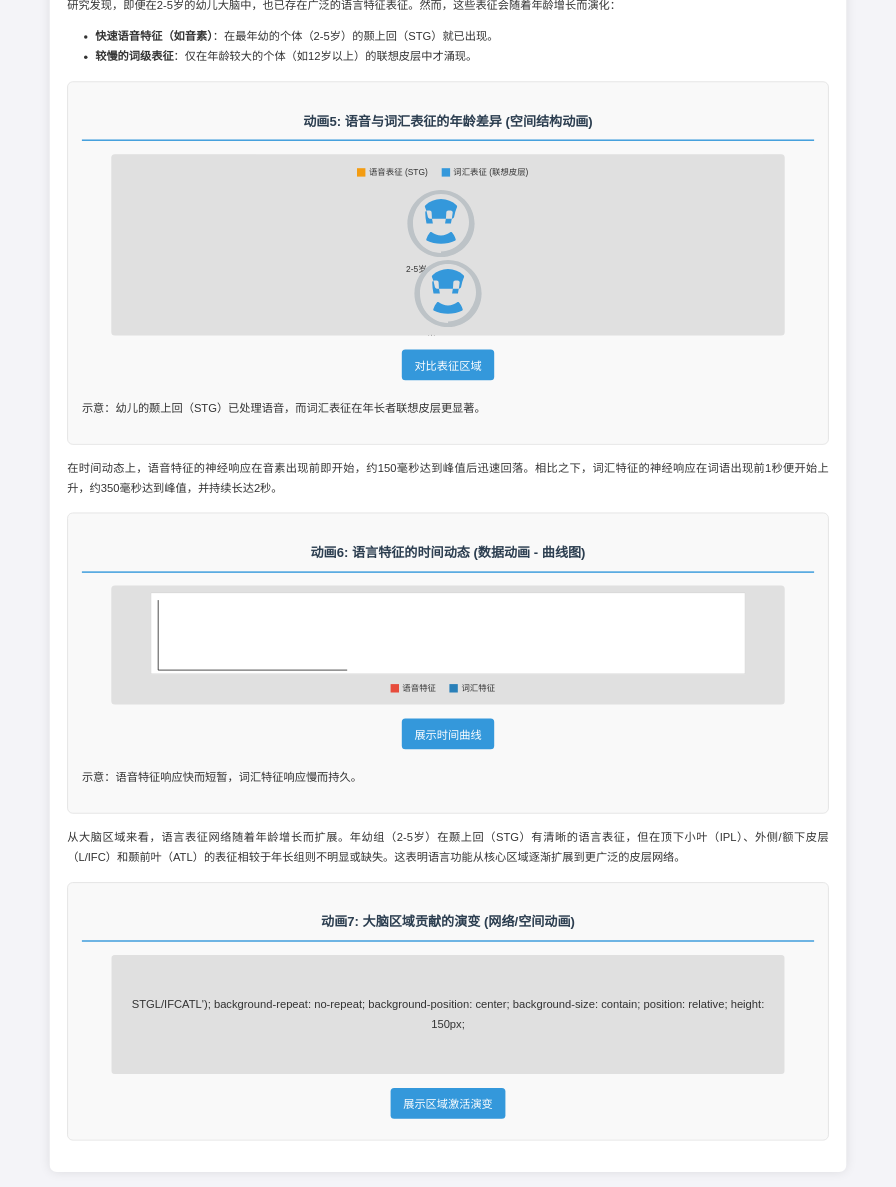
Repository: james130012/newcline
Page: useful/5.神经网络和年长大脑.html
These files come from the project's save history. The page is drawn as it stood at one moment and after a run of saves; the edit follows.
The browser window is 1280 px wide. The pictures show the part of the page from y = 2525 to 4445 px (the page is 4220 px tall before and 4445 px after), at 70% of full size.

Above is the page before, as saved 2025-05-16 08:04:44.

### useful/5.神经网络和年长大脑.html
<!DOCTYPE html>
<html lang="zh-CN">
<head>
    <meta charset="UTF-8">
    <meta name="viewport" content="width=device-width, initial-scale=1.0">
    <title>研究解读：语言在发育中大脑的涌现</title>
    <script src="https://unpkg.com/mathjax@3/es5/tex-mml-chtml.js" id="MathJax-script" async></script>
    <style>
        body {
            font-family: 'Arial', 'Helvetica Neue', 'Microsoft YaHei', sans-serif;
            line-height: 1.8;
            margin: 0;
            padding: 0;
            background-color: #f4f4f8;
            color: #333;
        }
        .container {
            width: 85%;
            margin: 20px auto;
            padding: 25px;
            background-color: #fff;
            box-shadow: 0 0 15px rgba(0,0,0,0.1);
            border-radius: 10px;
        }
        h1, h2, h3 {
            color: #2c3e50;
            border-bottom: 2px solid #3498db;
            padding-bottom: 10px;
        }
        h1 { text-align: center; }
        p { text-align: justify; }
        .animation-container {
            border: 1px solid #ddd;
            padding: 20px;
            margin: 20px 0;
            border-radius: 8px;
            background-color: #f9f9f9;
            text-align: center;
        }
        .animation-box {
            width: 90%;
            min-height: 150px;
            background-color: #e0e0e0;
            margin: 10px auto;
            padding:10px;
            border-radius: 5px;
            display: flex;
            align-items: center;
            justify-content: center;
            flex-direction: column;
            position: relative;
            overflow: hidden;
        }
        button {
            background-color: #3498db;
            color: white;
            border: none;
            padding: 10px 18px;
            text-align: center;
            text-decoration: none;
            display: inline-block;
            font-size: 16px;
            margin: 10px 5px;
            cursor: pointer;
            border-radius: 5px;
            transition: background-color 0.3s ease;
        }
        button:hover {
            background-color: #2980b9;
        }
        .hidden { display: none; }
        .fade-in { animation: fadeIn 1s ease-in-out; }
        @keyframes fadeIn {
            from { opacity: 0; }
            to { opacity: 1; }
        }
        .brain-outline {
            width: 100px;
            height: 100px;
            background-image: url('data:[embedded picture, 957 characters]');
            background-repeat: no-repeat;
            background-position: center;
            background-size: contain;
        }
        .sound-wave {
            width: 30px;
            height: 50px;
            background-image: url('data:[embedded picture, 235 characters]');
            animation: pulse 1.5s infinite;
            opacity: 0;
        }
        @keyframes pulse {
            0%, 100% { transform: scale(1); }
            50% { transform: scale(1.2); }
        }
        @keyframes pop-in {
            from { transform: scale(0); opacity: 0; }
            to { transform: scale(1); opacity: 1; }
        }
        .bar-chart-bar {
            background-color: #3498db;
            margin: 0 5px;
            display: inline-block;
            transition: height 1s ease-in-out;
            width: 30px;
            position: relative;
        }
        .bar-label {
            position: absolute;
            bottom: -20px;
            width: 100%;
            text-align: center;
            font-size: 10px;
        }
        .process-step {
            margin: 5px;
            padding: 10px;
            border: 1px solid #ccc;
            border-radius: 4px;
            display: inline-block;
            opacity: 0;
            transform: translateX(-20px);
            transition: opacity 0.5s, transform 0.5s;
        }
        .arrow {
            font-size: 20px;
            margin: 0 10px;
            opacity: 0;
            transition: opacity 0.5s 0.3s;
        }
        .flow-box {
            padding: 15px;
            border: 2px dashed #2ecc71;
            margin:10px;
            border-radius:5px;
            width:40%;
            text-align:center;
        }
        .line-graph-point {
            width: 8px;
            height: 8px;
            border-radius: 50%;
            position: absolute;
            background-color: red;
            opacity:0;
        }
        .legend-item {
            display:inline-block;
            margin-right:15px;
            font-size:12px;
        }
        .legend-color {
            width:12px;
            height:12px;
            display:inline-block;
            margin-right:5px;
            vertical-align:middle;
        }
        .brain-region {
            position:absolute;
            border:1px solid;
            border-radius:50%;
            padding:5px;
            font-size:10px;
            text-align:center;
            transition: background-color 0.5s, transform 0.5s;
        }
        .stg {
            top:40%;
            left:20%;
            width:30px;
            height:30px;
            background-color:#f39c12;
            border-color:#d35400;
        }
        .assoc-cortex {
            top:20%;
            left:50%;
            width:50px;
            height:50px;
            background-color:#3498db;
            border-color:#2980b9;
        }
        .hier-level {
            margin: 10px;
            padding: 10px;
            background-color: #ecf0f1;
            border-radius: 4px;
            border-left: 5px solid;
            transition: transform 0.5s, opacity 0.5s;
        }
        .phoneme-level { border-color: #e74c3c; }
        .word-level { border-color: #2ecc71; }
        .timeline {
            display: flex;
            justify-content: space-between;
            margin-top:10px;
            padding: 0 10%;
        }
        .timeline-event {
            opacity: 0;
            transition: opacity 1s;
            background-color: #95a5a6;
            color:white;
            padding:5px;
            border-radius:3px;
            font-size:12px;
        }
    </style>
</head>
<body>
    <div class="container">
        <h1>研究解读：语言在发育中大脑的涌现</h1>
        <p>本文基于 Linnea Evanson 等人于2025年5月12日发表的研究《Emergence of Language in the Developing Brain》，从物理和逻辑层面探讨儿童、青少年及成人在语言发展过程中大脑神经机制的奥秘。</p>

        <h2>引言：语言习得的奇迹</h2>
        <p>儿童仅凭数百万词汇的输入便能掌握复杂的语言，这一能力令人惊叹，但其背后的大脑机制仍有许多未知。该研究通过先进的神经科学技术和计算模型，旨在揭示语言表征在不同年龄段大脑中的位置、动态及其发展层级。</p>

        <div class="animation-container">
            <h3>动画1: 研究核心探索 (概念动画)</h3>
            <div class="animation-box" id="anim1-box">
                <div class="brain-outline" id="anim1-brain"></div>
                <div class="sound-wave" id="anim1-sound" style="left: 20%;"></div>
                <div id="anim1-text" class="word-bubble hidden" style="margin-top:10px;">大脑如何处理和学习语言？</div>
            </div>
            <button onclick="playAnim1()">播放动画</button>
            <p>示意：声波进入大脑，大脑特定区域被激活，展现语言处理过程。</p>
        </div>

        <h2>研究方法：多维度解析</h2>
        <p>研究团队记录了46名因癫痫监测而植入颅内电极的参与者（年龄从2岁到46岁不等）在聆听法语有声书《小王子》时的神经活动数据，涉及超过7400个电极。他们运用了基于语言学理论和大型语言模型（LLMs）的神经编码与解码模型来分析这些数据。</p>

        <div class="animation-container">
            <h3>动画2: 被试年龄分布 (数据动画)</h3>
            <div class="animation-box" id="anim2-box" style="display:flex; align-items:flex-end; height:120px;">
                <div id="bar_2_5" class="bar-chart-bar" style="height:0px; background-color:#1abc9c;"><span class="bar-label">2-5岁 (n=10)</span></div>
                <div id="bar_6_11" class="bar-chart-bar" style="height:0px; background-color:#3498db;"><span class="bar-label">6-11岁 (n=16)</span></div>
                <div id="bar_12_plus" class="bar-chart-bar" style="height:0px; background-color:#9b59b6;"><span class="bar-label">12+岁 (n=20)</span></div>
            </div>
            <button onclick="playAnim2()">展示数据</button>
            <p>示意：柱状图展示三个年龄组的被试数量。2-5岁组有10名参与者，6-11岁组有16名，12岁以上组有20名。</p>
        </div>

        <div class="animation-container">
            <h3>动画3: 实验流程示意 (流程动画)</h3>
            <div class="animation-box" id="anim3-box">
                <span id="anim3-step1" class="process-step">儿童/成人被试</span>
                <span id="anim3-arrow1" class="arrow">&rarr;</span>
                <span id="anim3-step2" class="process-step">听《小王子》有声书</span>
                <span id="anim3-arrow2" class="arrow">&rarr;</span>
                <span id="anim3-step3" class="process-step">颅内脑电(SEEG)记录</span>
            </div>
            <button onclick="playAnim3()">展示流程</button>
            <p>示意：被试听故事，同时记录其大脑神经活动。</p>
        </div>

        <div class="animation-container">
            <h3>动画4: 神经编码与解码模型 (概念/流程动画)</h3>
            <div class="animation-box" id="anim4-box" style="flex-direction: row; justify-content: space-around;">
                <div id="anim4-encoding" class="flow-box hidden">
                    <h4>编码 (Encoding)</h4>
                    语言特征 &rarr; 模型 &rarr; 预测大脑活动
                    <p style="font-size:12px;">$ \text{预测脑活动} \approx W \cdot \overline{Y}_{\text{语言特征}} $</p>
                    <p style="font-size:10px;">目标: $ \min_W ||X - \overline{Y}W||^2 + \lambda_c ||W||^2 $</p>
                </div>
                <div id="anim4-decoding" class="flow-box hidden">
                    <h4>解码 (Decoding)</h4>
                    大脑活动 &rarr; 模型 &rarr; 预测语言特征
                    <p style="font-size:12px;">$ \text{预测语言特征} \approx V \cdot \overline{X}_{\text{脑活动}} $</p>
                </div>
            </div>
            <button onclick="playAnim4('encoding')">理解编码</button>
            <button onclick="playAnim4('decoding')">理解解码</button>
            <p>示意：编码是将语言特征映射到大脑活动，解码则相反。</p>
        </div>

        <h2>核心发现：语言表征的动态发展</h2>
        <p>研究发现，即便在2-5岁的幼儿大脑中，也已存在广泛的语言特征表征。然而，这些表征会随着年龄增长而演化：</p>
        <ul>
            <li><b>快速语音特征（如音素）</b>：在最年幼的个体（2-5岁）的颞上回（STG）就已出现。</li>
            <li><b>较慢的词级表征</b>：仅在年龄较大的个体（如12岁以上）的联想皮层中才涌现。</li>
        </ul>

        <div class="animation-container">
            <h3>动画5: 语音与词汇表征的年龄差异 (空间结构动画)</h3>
            <div class="animation-box" id="anim5-box">
                <div style="text-align:center; margin-bottom:10px;">
                    <span class="legend-item"><span class="legend-color" style="background-color:#f39c12;"></span>语音表征 (STG)</span>
                    <span class="legend-item"><span class="legend-color" style="background-color:#3498db;"></span>词汇表征 (联想皮层)</span>
                </div>
                <div id="anim5-brain-young" class="brain-outline" style="display:inline-block; margin-right:20px; position:relative;">
                    <div class="brain-region stg" id="anim5-young-phonetic" style="opacity:0;"></div>
                    <div class="brain-region assoc-cortex" id="anim5-young-word" style="opacity:0; background-color:#aed6f1;"></div>
                    <p style="font-size:12px; margin-top:105px;">2-5岁</p>
                </div>
                <div id="anim5-brain-older" class="brain-outline" style="display:inline-block; position:relative;">
                    <div class="brain-region stg" id="anim5-older-phonetic" style="opacity:0;"></div>
                    <div class="brain-region assoc-cortex" id="anim5-older-word" style="opacity:0;"></div>
                    <p style="font-size:12px; margin-top:105px;">12+岁</p>
                </div>
            </div>
            <button onclick="playAnim5()">对比表征区域</button>
            <p>示意：幼儿的颞上回（STG）已处理语音，而词汇表征在年长者联想皮层更显著。</p>
        </div>

        <p>在时间动态上，语音特征的神经响应在音素出现前即开始，约150毫秒达到峰值后迅速回落。相比之下，词汇特征的神经响应在词语出现前1秒便开始上升，约350毫秒达到峰值，并持续长达2秒。</p>

        <div class="animation-container">
            <h3>动画6: 语言特征的时间动态 (数据动画 - 曲线图)</h3>
            <div class="animation-box" id="anim6-box" style="height:150px;">
                <svg width="90%" height="130" style="border:1px solid #ccc; background-color:white;">
                    <line x1="10" y1="110" x2="280" y2="110" stroke="black" stroke-width="1"/>
                    <line x1="10" y1="10" x2="10" y2="110" stroke="black" stroke-width="1"/>
                    <polyline id="anim6-phonetic-curve" points="" stroke="#e74c3c" stroke-width="2" fill="none" style="opacity:0;"/>
                    <polyline id="anim6-lexical-curve" points="" stroke="#2980b9" stroke-width="2" fill="none" style="opacity:0;"/>
                    <text x="50" y="125" font-size="10">0ms</text>
                    <text x="100" y="125" font-size="10">150ms</text>
                    <text x="150" y="125" font-size="10">350ms</text>
                    <text x="200" y="125" font-size="10">~1s</text>
                </svg>
                <div style="text-align:center; margin-top:5px;">
                    <span class="legend-item"><span class="legend-color" style="background-color:#e74c3c;"></span>语音特征</span>
                    <span class="legend-item"><span class="legend-color" style="background-color:#2980b9;"></span>词汇特征</span>
                </div>
            </div>
            <button onclick="playAnim6()">展示时间曲线</button>
            <p>示意：语音特征响应快而短暂，词汇特征响应慢而持久。</p>
        </div>

        <p>从大脑区域来看，语言表征网络随着年龄增长而扩展。年幼组（2-5岁）在颞上回（STG）有清晰的语言表征，但在顶下小叶（IPL）、外侧/额下皮层（L/IFC）和颞前叶（ATL）的表征相较于年长组则不明显或缺失。这表明语言功能从核心区域逐渐扩展到更广泛的皮层网络。</p>

        <div class="animation-container">
            <h3>动画7: 大脑区域贡献的演变 (网络/空间动画)</h3>
            <div class="animation-box" id="anim7-box" style="background-image: url('data:[embedded picture, 914 characters]');
                background-repeat: no-repeat;
                background-position: center;
                background-size: contain;
                position: relative;
                height: 150px;
            </div>
            <div id="anim7-status" style="position:absolute; top:5px; left:5px; font-size:14px; background:rgba(255,255,255,0.7); padding:3px;">年龄: 2-5岁</div>
            <button onclick="playAnim7()">展示区域激活演变</button>

After the next 2 saves:
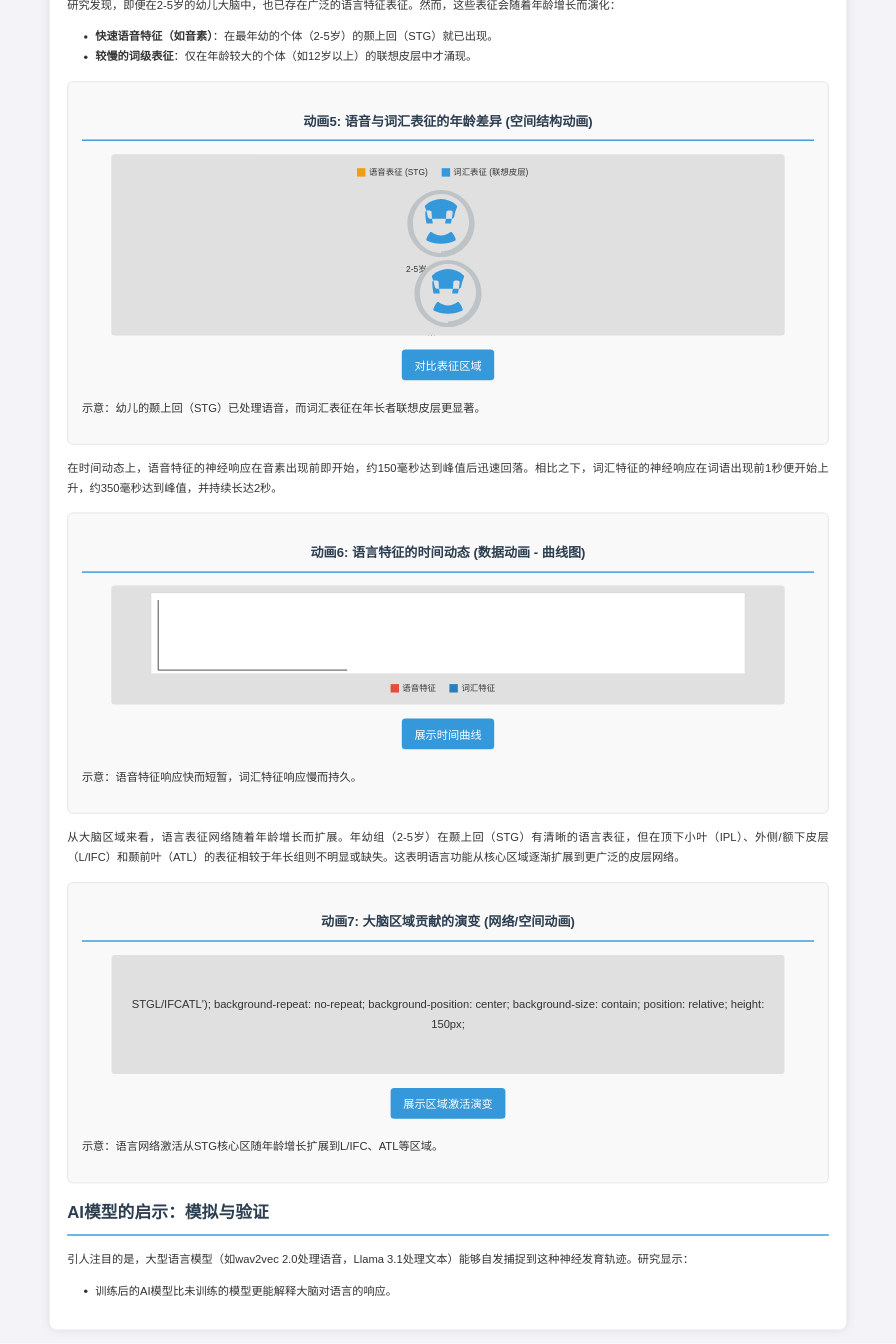
The 2 saves are shown as one change because they came seconds apart.
The last was saved 4 s later.
--- a/useful/5.神经网络和年长大脑.html
+++ b/useful/5.神经网络和年长大脑.html
@@ -340,3 +340,10 @@
             </div>
             <div id="anim7-status" style="position:absolute; top:5px; left:5px; font-size:14px; background:rgba(255,255,255,0.7); padding:3px;">年龄: 2-5岁</div>
             <button onclick="playAnim7()">展示区域激活演变</button>
+            <p>示意：语言网络激活从STG核心区随年龄增长扩展到L/IFC、ATL等区域。</p>
+        </div>
+
+        <h2>AI模型的启示：模拟与验证</h2>
+        <p>引人注目的是，大型语言模型（如wav2vec 2.0处理语音，Llama 3.1处理文本）能够自发捕捉到这种神经发育轨迹。研究显示：</p>
+        <ul>
+            <li>训练后的AI模型比未训练的模型更能解释大脑对语言的响应。</li>
